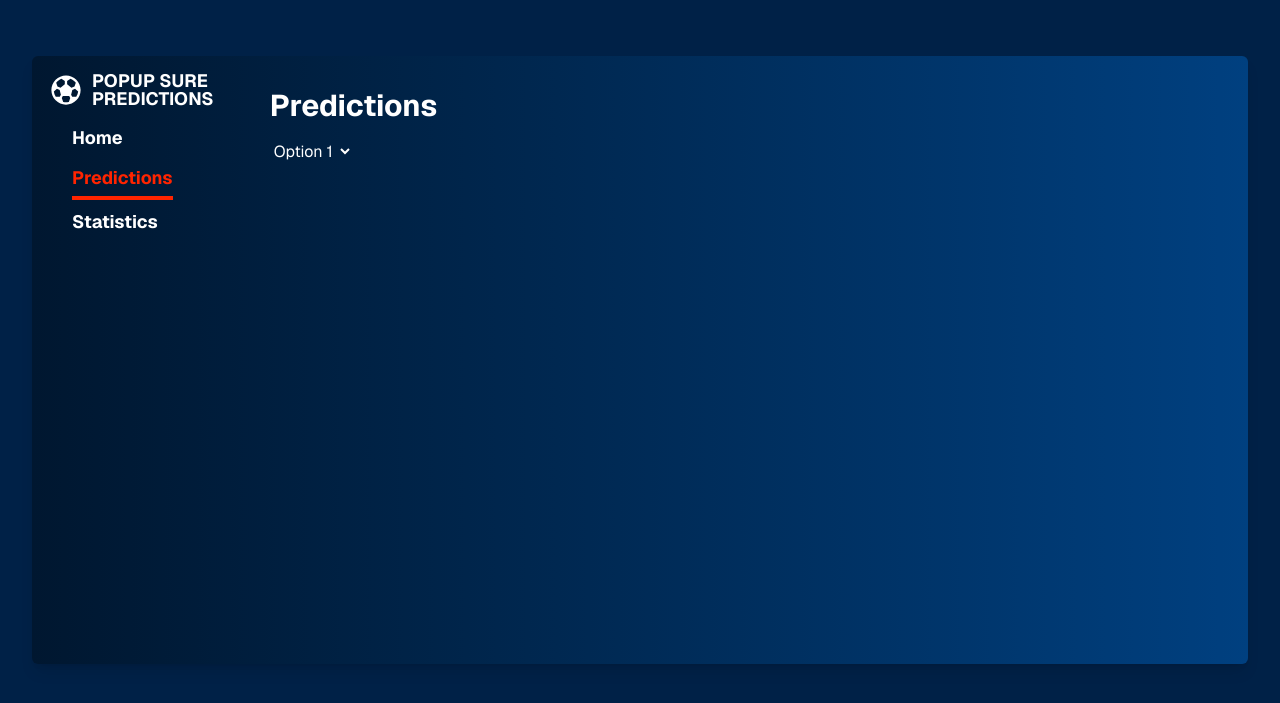
Repository: prototypedave/AlgoFooty
Page: /predictions (app in frontend/algo-footy/)
An editor plug-in stored every save of this project. The page is shown before and after the next save, followed by the edit.
The browser window is 1280 px wide. The pictures show the whole page.
The project was rebuilt for these pictures with package versions that can differ from the ones it lists, and the page was loaded fresh each time. The framework's server and built-in components were replaced by stand-ins that run in the browser. Also part of the build but not shown: frontend/algo-footy/next.config.ts.

Above is the page before, as saved 2025-11-03 06:51:42.

After the next save:
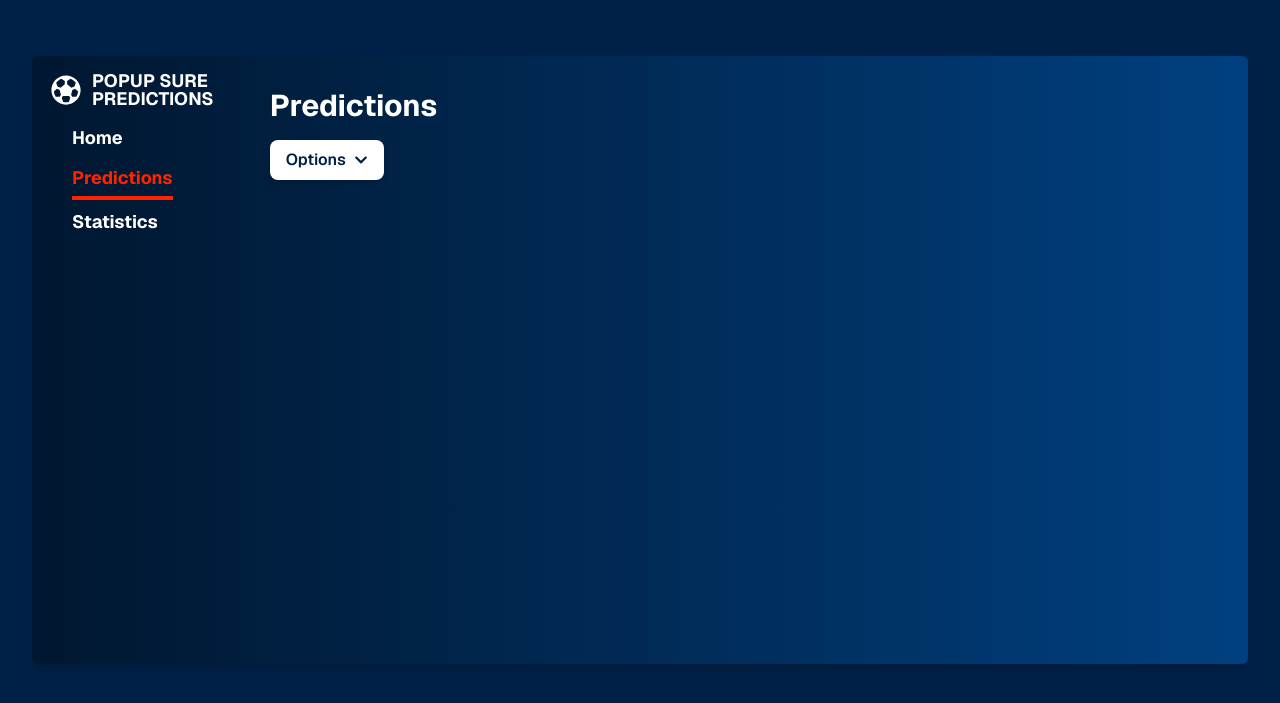
Saved 62 s later.
--- a/frontend/algo-footy/app/predictions/page.tsx
+++ b/frontend/algo-footy/app/predictions/page.tsx
@@ -3,8 +3,7 @@
 import Link from "next/link";
 import { IoMdFootball } from "react-icons/io";
 import { usePathname } from "next/navigation";
-import {Dropdown, DropdownTrigger, DropdownMenu, DropdownItem, Button} from "@heroui/react";
-
+import DropdownButton from "@/components/dropdown";
 
 export default function Predictions() {
     const pathname = usePathname();
@@ -40,11 +39,8 @@ export default function Predictions() {
                 <div className="flex flex-col p-4 gap-4">
                     <h1 className="text-3xl font-bold">Predictions</h1>
                     <div>
-                            <select id="myDropdown" name="myOption" placeholder="kl">
-                            <option value="option1">Option 1</option>
-                            <option value="option2">Option 2</option>
-                            <option value="option3">Option 3</option>
-                        </select>
+                            <DropdownButton />
+
                     </div>
                 </div>
             </nav>
